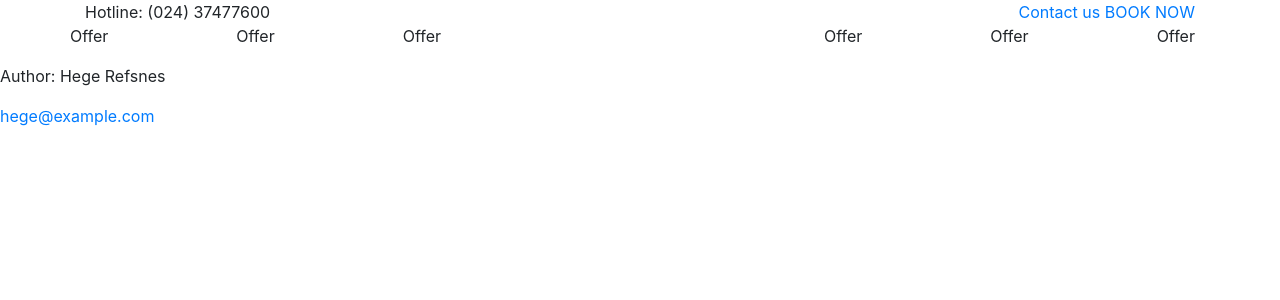
Repository: heishung/project-booking
Page: index.html
An editor plug-in stored every save of this project. The page is shown before and after the next save, followed by the edit.
The browser window is 1280 px wide. The pictures show the whole page.
Some web fonts or font styles are not loaded; a fallback is used. The style sheet was rebuilt from its Sass, Less or Tailwind sources for each picture, by a compiler version that may differ from the author's.

Above is the page before, as saved 2020-11-19 23:24:40.
Console error (its wording comes from the project's code and is left out).

### index.html
<!DOCTYPE html>
<html lang="en">
<head>
    <meta charset="UTF-8">
    <meta name="viewport" content="width=device-width, initial-scale=1.0">
    <title>Document</title>
    <link rel="stylesheet" href="./css/bootstrap.min.css">
    <link rel="stylesheet" href="./css/style.css">
    <script src="./js/bootstrap.bundle.min.js"></script>

</head>
<body>
    <div class="wrapper"></div>
    <header>
        <div class="container d-flex justify-content-between">
            <span>Hotline: (024) 37477600</span>
            <div><a href="#">Contact us</a>
                <a href="#">BOOK NOW</a></div>
        </div>
        <div class="banner">
            <div class="menu ">
                <ul class="nav container d-flex justify-content-between">
                    <li class="item"><a href="#"> </a>Offer</li>
                    <li class="item"><a href="#"> </a>Offer</li>
                    <li class="item"><a href="#"> </a>Offer</li>
                    <li class="item"><a href="#"> </a> <img src="./image/logo.svg" alt="logo"></li>
                    <li class="item"><a href="#"> </a>Offer</li>
                    <li class="item"><a href="#"> </a>Offer</li>
                    <li class="item"><a href="#"> </a>Offer</li>
                </ul>
            </div>
        </div>
    </header>

    <footer>
        <p>Author: Hege Refsnes</p>
        <p><a href="mailto:hege@example.com">hege@example.com</a></p>
    </footer>
    <script src="./js/jquery-3.5.1.slim.min.js"></script>
    <script src="./js/popper.min.js"></script>
    <script src="./js/bootstrap.min.js"></script>
</body>
</html>

### css/style.scss
@font-face {
    font-family: 'AvenirNextLTPro-Bold';
    src: url('AvenirNextLTPro-Bold.woff2') format('woff2'),
}
@font-face {
    font-family: 'AvenirNextLTPro-Demi';
    src: url('AvenirNextLTPro-Demi.woff2') format('woff2'),
}
@font-face {
    font-family: 'AvenirNextLTPro-Heavy';
    src: url('AvenirNextLTPro-Heavy.woff2') format('woff2'),
}
@font-face {
    font-family: 'AvenirNextLTPro-Medium';
    src: url('AvenirNextLTPro-Medium.woff2') format('woff2'),
}
@font-face {
    font-family: 'AvenirNextLTPro-Regular';
    src: url('AAvenirNextLTPro-Regular.woff2') format('woff2'),
}
@font-face {
    font-family: 'AvenirNextLTPro-UltLt';
    src: url('AvenirNextLTPro-UltLt.woff2') format('woff2'),
}

Loaded but not shown: css/bootstrap.min.css (library); js/bootstrap.bundle.min.js (library); js/jquery-3.5.1.slim.min.js (library); js/popper.min.js (library); js/bootstrap.min.js (library)

After the next save:
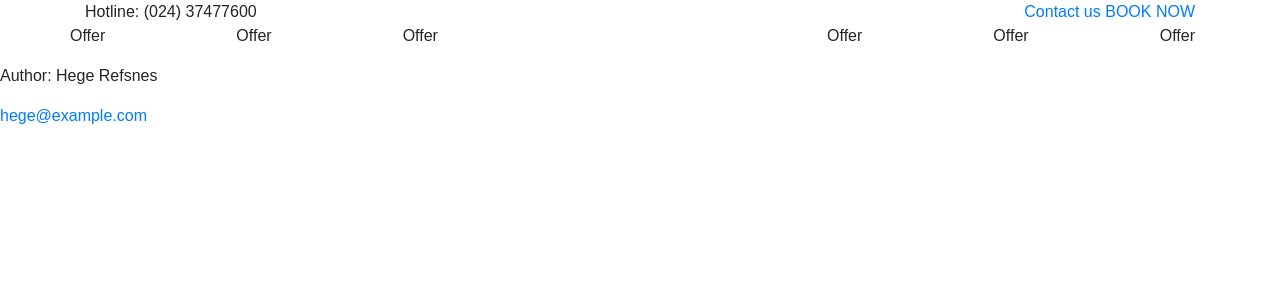
Saved 71 s later.
--- a/css/style.scss
+++ b/css/style.scss
@@ -22,3 +22,8 @@
     font-family: 'AvenirNextLTPro-UltLt';
     src: url('AvenirNextLTPro-UltLt.woff2') format('woff2'),
 }
+body {
+    font-family: 'AvenirNextLTPro-Regular',
+    Fallback,
+    sans-serif;
+}
